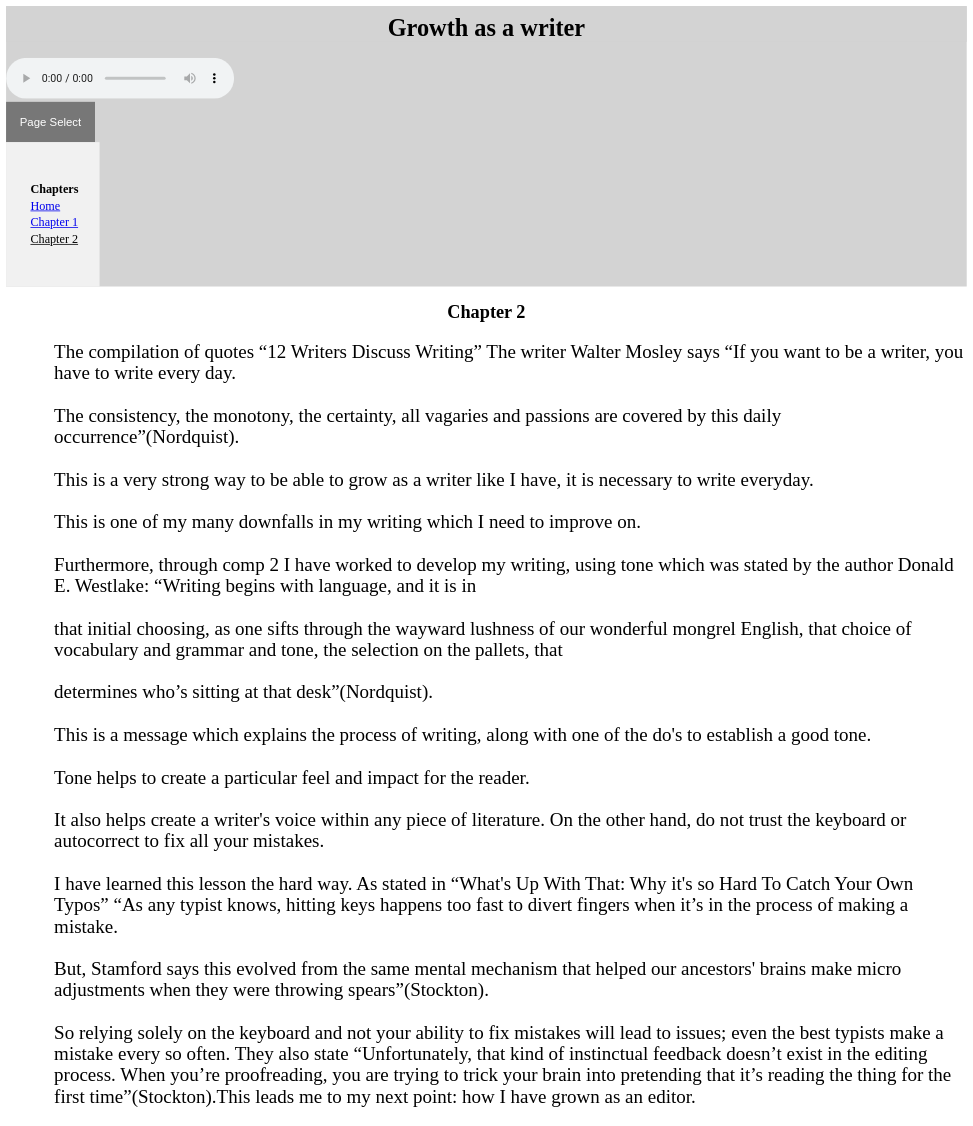
Repository: jpaisiem/WP-4
Page: Chapter2.html
The author's editor kept a copy of each file at every save. The page is drawn from the files as they stood at one save, then again after a run of saves.
The browser window is 1280 px wide. The pictures show the whole page, at 76% of full size.

Above is the page before, as saved 2025-05-01 11:46:15.
Console error: TypeError: Cannot read properties of undefined (reading 'toggle')

### Chapter2.html
<!DOCTYPE html>
<html>
<head>
<meta name="viewport" content="width=device-width, initial-scale=1">
<style>
.collapsible {
  background-color: #777;
  color: white;
  cursor: pointer;
  padding: 18px;
  width: fit-content;
  border: none;
  text-align: left;
  outline: none;
  font-size: 15px;
}

.active, .collapsible:hover {
  background-color: #555;
}

.content {
  display: flex;
  flex-direction: column;
  overflow: hidden;
  background-color: #f1f1f1;
  width: fit-content;
  height: fit-content;
  padding-left: 2.3%;
  padding-right: 2%;
}
p
{
 font-size: 25px;
 text-align: left;
 margin-left: 5%;
}
</style>
<title>Growth as a writer - Chapter 2</title>
</head>
<body>
    <div style="background-color: lightgray; display: flex; flex-direction: column; margin-top: 0%;">
        <h1 style="text-align: center; background-color: lightgray; padding-top: 10px; margin-top: 0%;">Growth as a writer</h1>
        <div style="align-items: center;">
        <audio controls>
            <source src="audio.mp3" type="audio/mpeg">
        </audio>
        </div>
<button type="button" class="collapsible">Page Select</button>
<div class="content">
  <p><table>
    <tr>
        <th>Chapters</th>
    </tr>
    <tr>
        <td><a href="index.html">Home</a></td>
    </tr>
    <tr>
        <td><a href="Chapter1.html">Chapter 1</a></td>
    </tr>
     <tr>
        <td><a href="Chapter2.html" style="color: black;">Chapter 2</a></td>
    </tr>
  </table></p>
</div>
    </div>
<div style="text-align: center;">
     <h2 style="text-align: center;">Chapter 2</h2>
     <p> The compilation of quotes “12 Writers Discuss Writing” The writer Walter Mosley says “If you want to be a writer, you have to write every day. <br><br>
      The consistency, the monotony, the certainty, all vagaries and passions are covered by this daily occurrence”(Nordquist). <br><br>
      This is a very strong way to be able to grow as a writer like I have, it is necessary to write everyday. <br><br>
      This is one of my many downfalls in my writing which I need to improve on. <br><br>
      Furthermore, through comp 2 I have worked to develop my writing, using tone which was stated by the author Donald E. Westlake:  “Writing begins with language, and it is in <br><br>that initial choosing, as one sifts through the wayward lushness of our wonderful mongrel English, that choice of vocabulary and grammar and tone, the selection on the pallets, that <br><br>determines who’s sitting at that desk”(Nordquist). <br><br>
      This is a message which explains the process of writing, along with one of the do's to establish a good tone.<br><br>
       Tone helps to create a particular feel and impact for the reader.<br><br>
        It also helps create a writer's voice within any piece of literature. On the other hand, do not trust the keyboard or autocorrect to fix all your mistakes. <br><br>
        I have learned this lesson the hard way.  As stated in “What's Up With That:  Why it's so Hard To Catch Your Own Typos” “As any typist knows, hitting keys happens too fast to divert fingers when it’s in the process of making a mistake.
        <br><br>
        But, Stamford says this evolved from the same mental mechanism that helped our ancestors' brains make micro adjustments when they were throwing spears”(Stockton).
        <br><br>So relying solely on the keyboard and not your ability to fix mistakes will lead to issues; even the best typists make a mistake every so often. They also state “Unfortunately, that kind of instinctual feedback doesn’t exist in the editing process. When you’re proofreading, you are trying to trick your brain into pretending that it’s reading the thing for the first time”(Stockton).This leads me to my next point: how I have grown as an editor.
</p>
</div>
<script>
var coll = document.getElementsByClassName("collapsible");
var i;

for (i = 0; i < coll.length; i++) {
  coll[i].addEventListener("click", function() {
    this.classList.toggle("active");
    var content = this.nextElementSibling;
    if (content.style.display === "block") {
      content.style.display = "none";
    } else {
      content.style.display = "block";
    }
  });
}
if(location.reload){
    this.classList.toggle("collapsible");
}
</script>

</body>
</html>

After the next 2 saves:
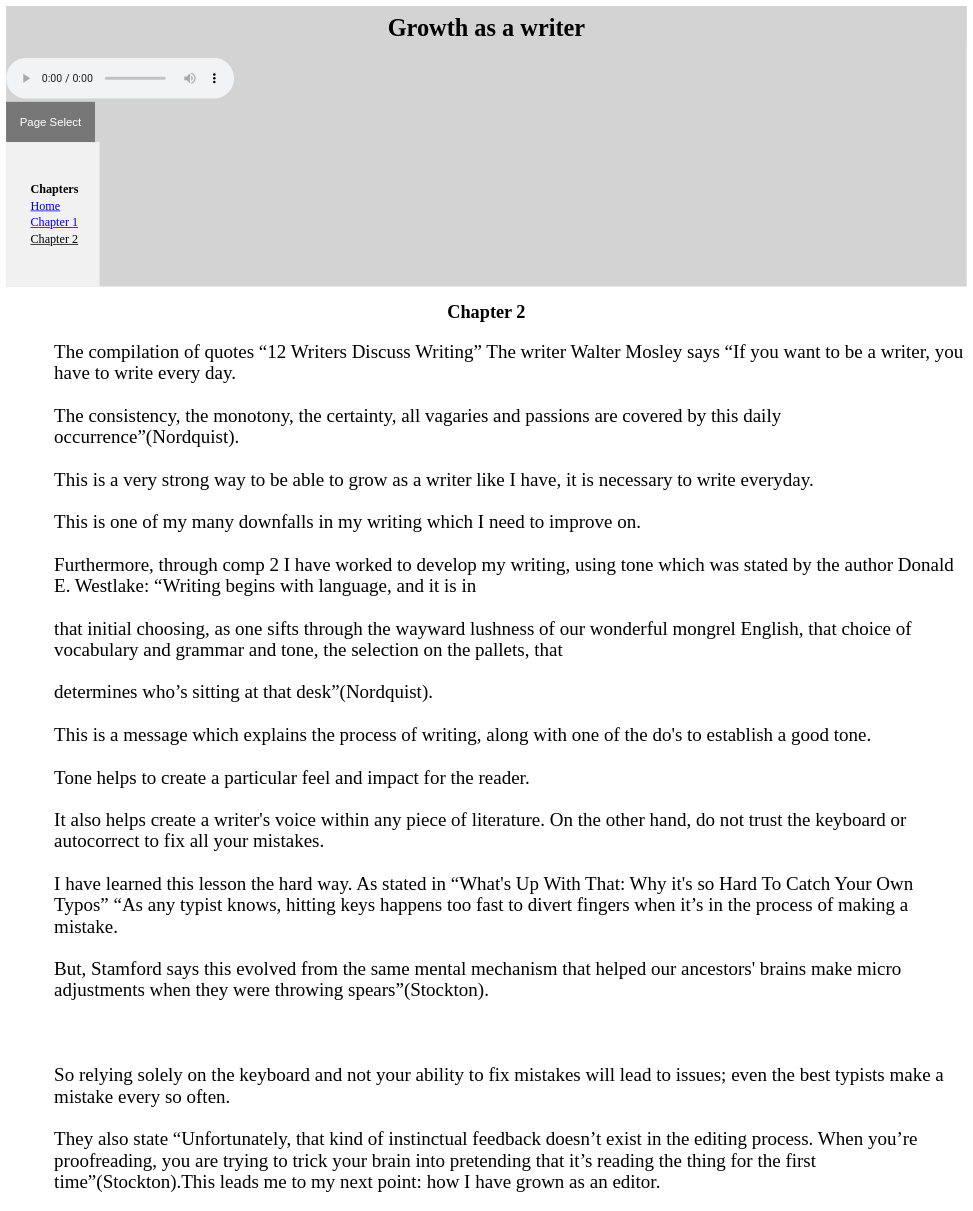
The 2 saves are shown as one change because they came seconds apart.
The last was saved 9 s later.
--- a/Chapter2.html
+++ b/Chapter2.html
@@ -76,8 +76,9 @@ p
         It also helps create a writer's voice within any piece of literature. On the other hand, do not trust the keyboard or autocorrect to fix all your mistakes. <br><br>
         I have learned this lesson the hard way.  As stated in “What's Up With That:  Why it's so Hard To Catch Your Own Typos” “As any typist knows, hitting keys happens too fast to divert fingers when it’s in the process of making a mistake.
         <br><br>
-        But, Stamford says this evolved from the same mental mechanism that helped our ancestors' brains make micro adjustments when they were throwing spears”(Stockton).
-        <br><br>So relying solely on the keyboard and not your ability to fix mistakes will lead to issues; even the best typists make a mistake every so often. They also state “Unfortunately, that kind of instinctual feedback doesn’t exist in the editing process. When you’re proofreading, you are trying to trick your brain into pretending that it’s reading the thing for the first time”(Stockton).This leads me to my next point: how I have grown as an editor.
+        But, Stamford says this evolved from the same mental mechanism that helped our ancestors' brains make micro adjustments when they were throwing spears”(Stockton). <br><br>
+        <br><br>So relying solely on the keyboard and not your ability to fix mistakes will lead to issues; even the best typists make a mistake every so often.
+        <br><br>They also state “Unfortunately, that kind of instinctual feedback doesn’t exist in the editing process. When you’re proofreading, you are trying to trick your brain into pretending that it’s reading the thing for the first time”(Stockton).This leads me to my next point: how I have grown as an editor.
 </p>
 </div>
 <script>
